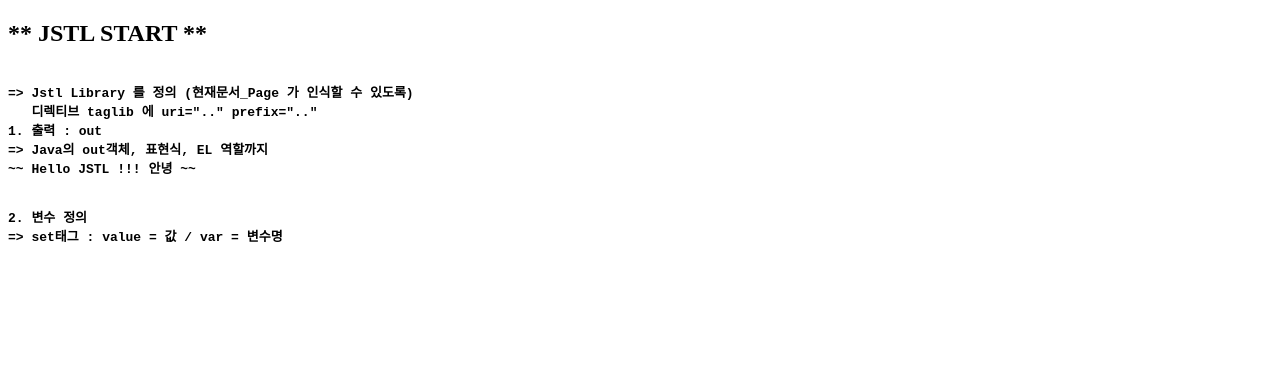
Repository: JYH94/JAVA
Page: http://localhost/web01/jsp03_jstl/ex01_jstlStart.jsp
An editor plug-in stored every save of this project. The page is shown before and after the next save, followed by the edit.
The browser window is 1280 px wide. The pictures show the whole page.
The page is served by Tomcat 9. Other server files are loaded and not shown.

Above is the page before, as saved 2024-01-16 04:14:47.

### web01/src/main/webapp/jsp03_jstl/ex01_jstlStart.jsp
<%@ page language="java" contentType="text/html; charset=UTF-8"
    pageEncoding="UTF-8"%>
<%@ taglib uri="http://java.sun.com/jsp/jstl/core" prefix="c" %>
<!DOCTYPE html>
<html>
<head>
<meta charset="UTF-8">
<title>** JSTL START **</title>
</head>
<body>
<h2>** JSTL START **</h2>

<pre><b>
=> Jstl Library 를 정의 (현재문서_Page 가 인식할 수 있도록)
   디렉티브 taglib 에 uri=".." prefix=".."
1. 출력 : out
=> Java의 out객체, 표현식, EL 역할까지
<c:out value="~~ Hello JSTL !!! 안녕 ~~" />
<%-- <c:out value=""></c:out> --%>

2. 변수 정의
=> set태그 : value = 값 / var = 변수명
<c:set value="홍길동" var="name"/>
<c:set value="22" var="age"/>



</b></pre>


</body>
</html>

After the next save:
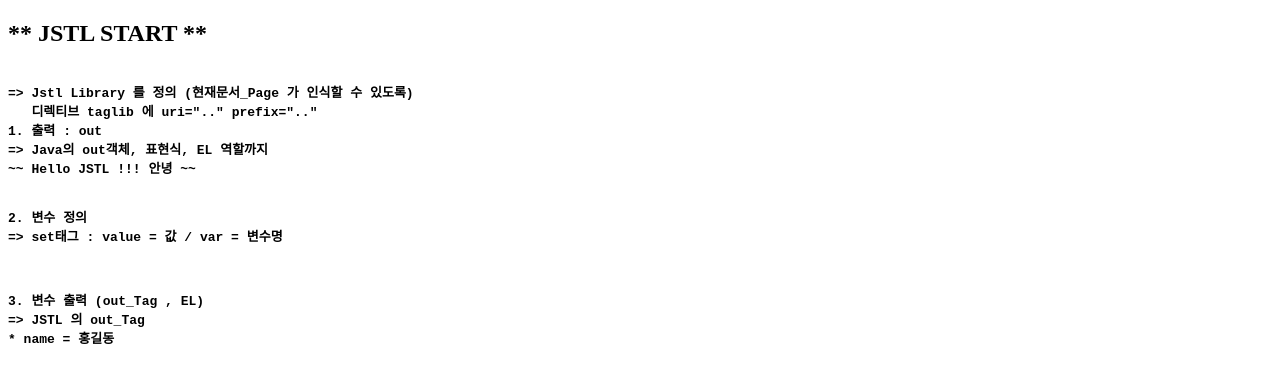
Saved 104 s later.
--- a/web01/src/main/webapp/jsp03_jstl/ex01_jstlStart.jsp
+++ b/web01/src/main/webapp/jsp03_jstl/ex01_jstlStart.jsp
@@ -23,6 +23,9 @@
 <c:set value="홍길동" var="name"/>
 <c:set value="22" var="age"/>
 
+3. 변수 출력 (out_Tag , EL)
+=> JSTL 의 out_Tag
+* name = <c:out value="${name}" />
 
 
 </b></pre>
